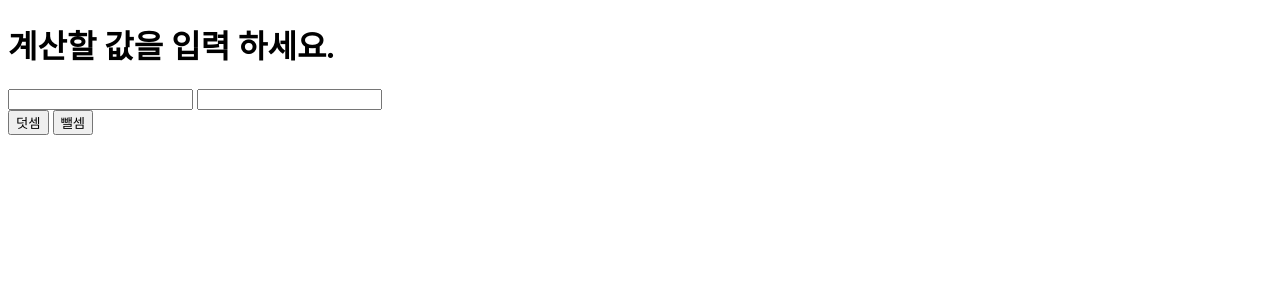
Repository: soyamilk0705/spring-newlecture
Page: ServeltAndJsp/JSPPrj/WebContent/calc.html
These files come from the project's save history. The page is drawn as it stood at one moment and after the next save; the edit follows.
The browser window is 1280 px wide. The pictures show the whole page.

Above is the page before, as saved 2024-01-06 06:02:13.

### ServeltAndJsp/JSPPrj/WebContent/calc.html
<!DOCTYPE html>
<html>
<head>
<meta charset="UTF-8">
<title>Insert title here</title>
</head>
<body>
	<h1>계산할 값을 입력 하세요.</h1>
	<div>
		<form action="/calc" method="post">
			<input type="text" name="x">
			<input type="text" name="y">
			<div>
				<input type="submit" value="덧셈"></input>
				<input type="submit" value="뺄셈"></input>
			</div>
		</form>
	</div>
</body>
</html>

After the next save:
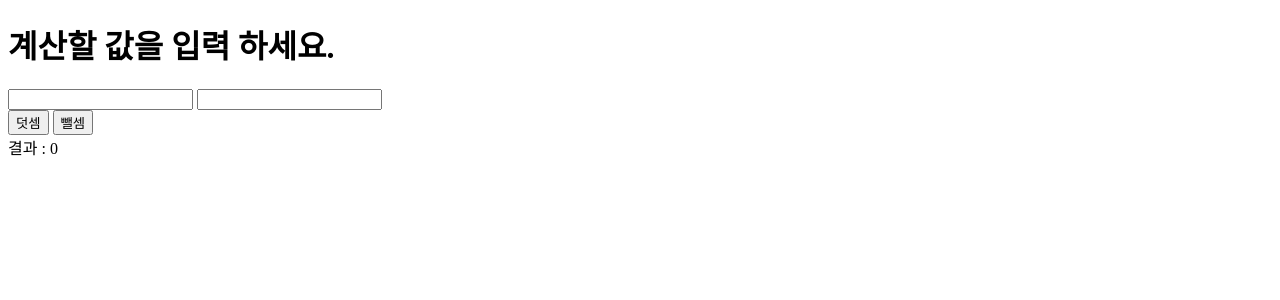
Saved 9 s later.
--- a/ServeltAndJsp/JSPPrj/WebContent/calc.html
+++ b/ServeltAndJsp/JSPPrj/WebContent/calc.html
@@ -14,6 +14,9 @@
 				<input type="submit" value="덧셈"></input>
 				<input type="submit" value="뺄셈"></input>
 			</div>
+			<div>
+				결과 : 0
+			</div>
 		</form>
 	</div>
 </body>
